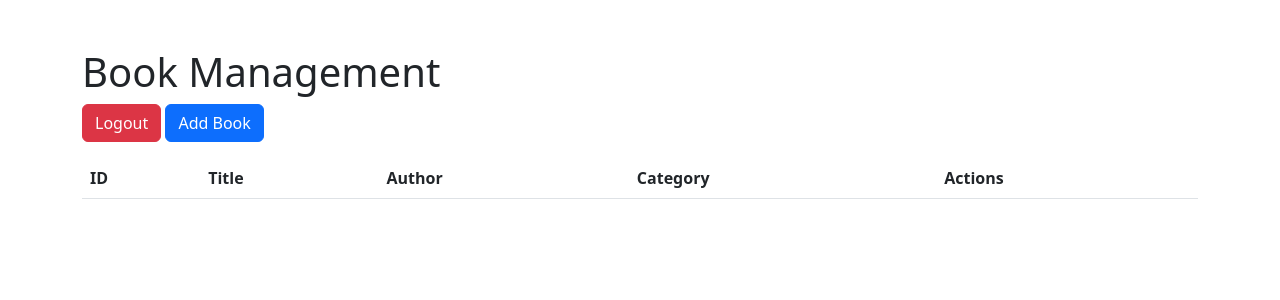
Repository: Abdulahi338/Book-management-system
Page: http://localhost/book/
These files come from the project's save history. The page is drawn as it stood at one moment and after a run of saves; the edit follows.
The browser window is 1280 px wide. The pictures show the whole page.
The page is run by PHP 8.4 with error messages shown; the project is at /var/www/html/. The session is filled in as if someone had signed in: {"user_id": 1, "email": "test@example.com", "role": "admin"}. Queries for data that is not in the repository find no rows.

Above is the page before, as saved 2024-08-22 17:37:40.

After the next 2 saves:
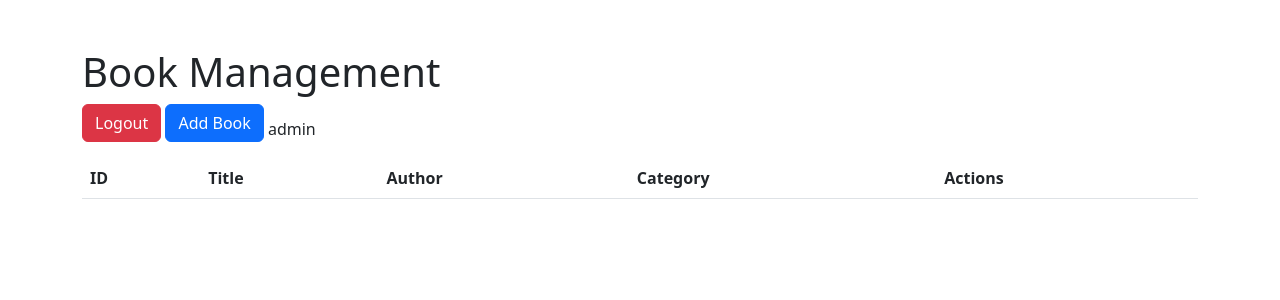
The 2 saves are shown as one change because they came seconds apart.
The last was saved 10 s later.
--- a/index.php
+++ b/index.php
@@ -28,7 +28,8 @@
         <a href="logout.php" class="btn btn-danger mb-3">Logout</a>
         <button class="btn btn-primary mb-3" data-bs-toggle="modal" data-bs-target="#addBookModal">Add Book</button>
         <table class="table table-striped">
-
+            <?php echo $_SESSION['role'];
+?>
             <thead>
                 <tr>
                     <th>ID</th>

After the 2 saves that followed:
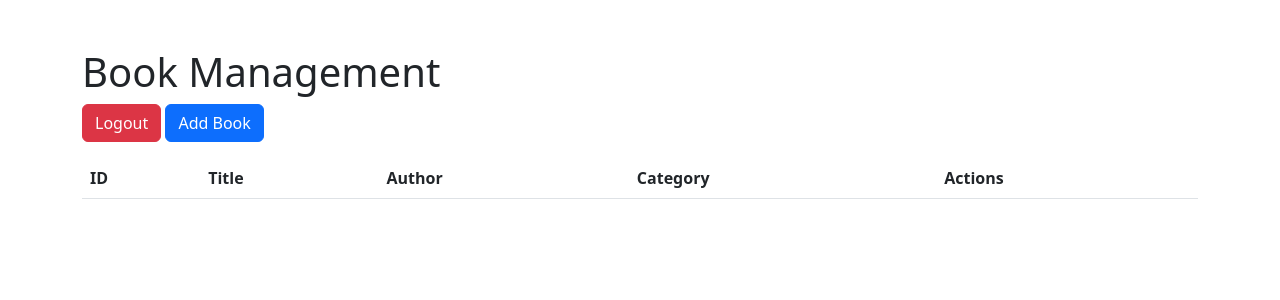
The 2 saves are shown as one change because 1 left the picture as it was.
The last was saved 38 s later.
--- a/index.php
+++ b/index.php
@@ -28,8 +28,6 @@
         <a href="logout.php" class="btn btn-danger mb-3">Logout</a>
         <button class="btn btn-primary mb-3" data-bs-toggle="modal" data-bs-target="#addBookModal">Add Book</button>
         <table class="table table-striped">
-            <?php echo $_SESSION['role'];
-?>
             <thead>
                 <tr>
                     <th>ID</th>
